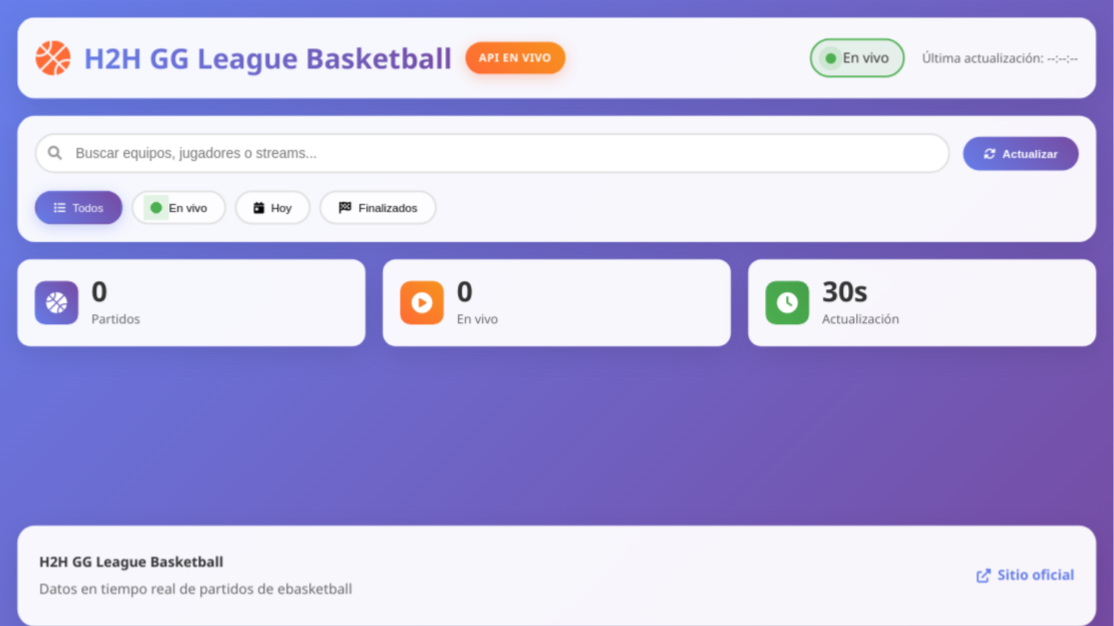
Repository: Diego-Orasystem/AnalisisApuestas
Page: index.html
The author's editor kept a copy of each file at every save. The page is drawn from the files as they stood at one save, then again after the next save.
The browser window is 1280 px wide. The pictures show the whole page, at 87% of full size.
The page's requests for data from a server got no answer.

Above is the page before, as saved 2025-07-06 18:25:41.

After the next save:
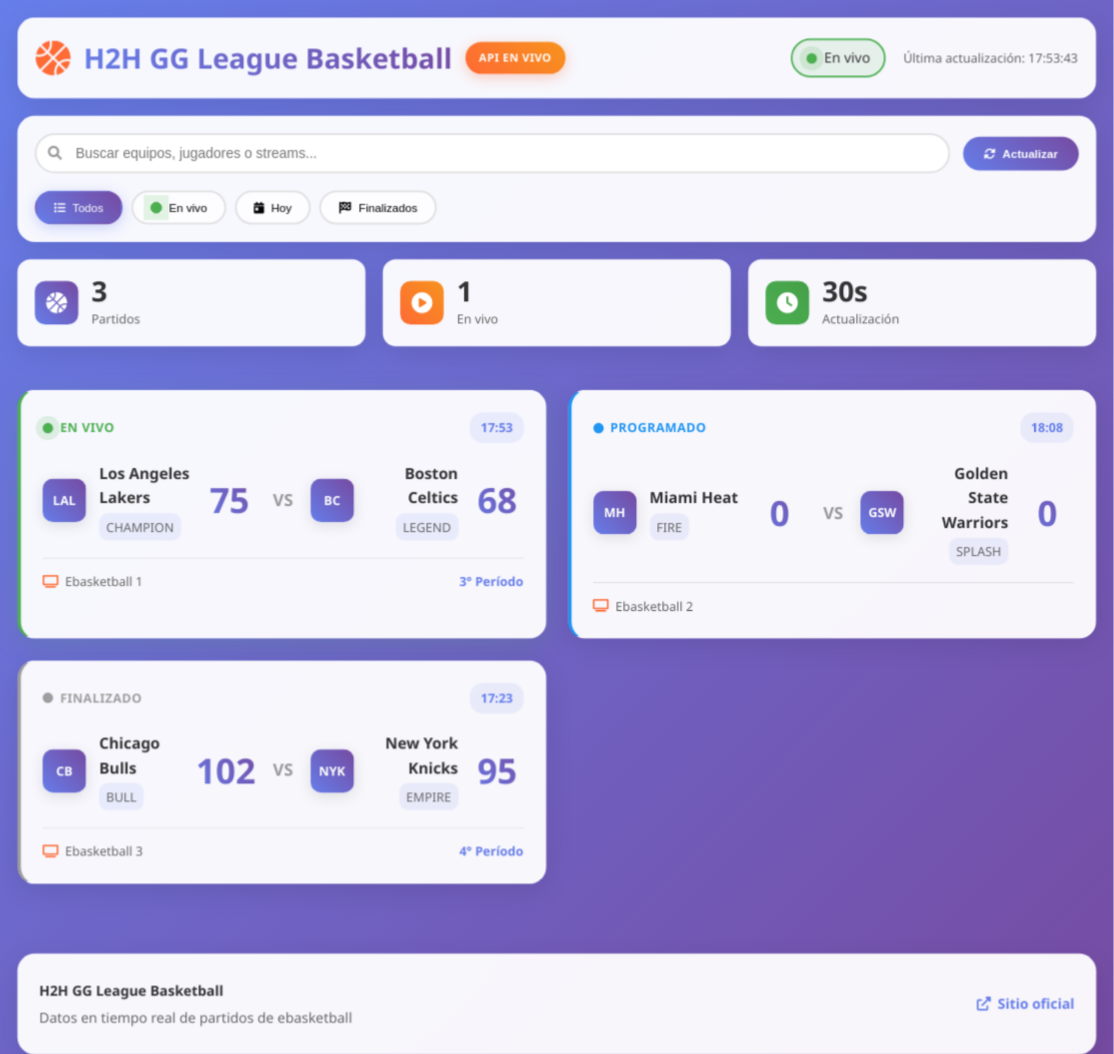
Saved 18 s later.
--- a/scraper.js
+++ b/scraper.js
@@ -78,60 +78,21 @@
 
     // Parsear un partido individual
     parseMatch(match, index) {
-        // Extraer información básica
-        const homeTeam = match.teamAName || 'Equipo Local';
-        const awayTeam = match.teamBName || 'Equipo Visitante';
-        const homePlayer = match.participantAName || 'Jugador Local';
-        const awayPlayer = match.participantBName || 'Jugador Visitante';
-
-        // Extraer marcadores (pueden ser null si está programado)
-        const homeScore = match.teamAScore || 0;
-        const awayScore = match.teamBScore || 0;
-
-        // Determinar estado del partido
-        const status = this.parseStatus(match.status);
-
-        // Extraer información de tiempo
-        const startDate = match.startDate ? new Date(match.startDate) : new Date();
-        const time = this.formatTime(startDate, status);
-
-        // Extraer stream/liga
-        const streamName = match.streamName || 'H2H GG League';
-
-        return {
-            id: match.externalId || `h2h_${Date.now()}_${index}`,
-            homeTeam: {
-                id: this.generateTeamId(homeTeam),
-                name: homeTeam,
-                city: this.extractCity(homeTeam),
-                abbreviation: this.generateAbbreviation(homeTeam),
-                logo: this.generateTeamLogo(homeTeam),
-                player: homePlayer
-            },
-            awayTeam: {
-                id: this.generateTeamId(awayTeam),
-                name: awayTeam,
-                city: this.extractCity(awayTeam),
-                abbreviation: this.generateAbbreviation(awayTeam),
-                logo: this.generateTeamLogo(awayTeam),
-                player: awayPlayer
-            },
-            homeScore: homeScore,
-            awayScore: awayScore,
-            status: status,
-            time: time,
-            period: this.calculatePeriod(homeScore, awayScore, status),
-            timeRemaining: this.calculateTimeRemaining(startDate, status),
-            date: startDate.toISOString().split('T')[0],
-            startTime: startDate.toISOString(),
-            season: new Date().getFullYear(),
-            isPlayoffs: false,
-            league: 'H2H GG League',
-            streamName: streamName,
-            source: 'api-h2h.hudstats.com',
-            lastUpdate: new Date().toISOString(),
-            rawData: match // Guardar datos originales para referencia
+        // Usar formato simplificado que coincida con script.js
+        const game = {
+            externalId: match.externalId || `h2h_${Date.now()}_${index}`,
+            streamName: match.streamName || 'H2H GG League',
+            teamAName: match.teamAName || 'Equipo A',
+            teamBName: match.teamBName || 'Equipo B',
+            participantAName: match.participantAName || null,
+            participantBName: match.participantBName || null,
+            startDate: match.startDate || new Date().toISOString(),
+            status: this.parseStatus(match.status),
+            teamAScore: match.teamAScore || 0,
+            teamBScore: match.teamBScore || 0
         };
+
+        return game;
     }
 
     // Parsear estado del partido
